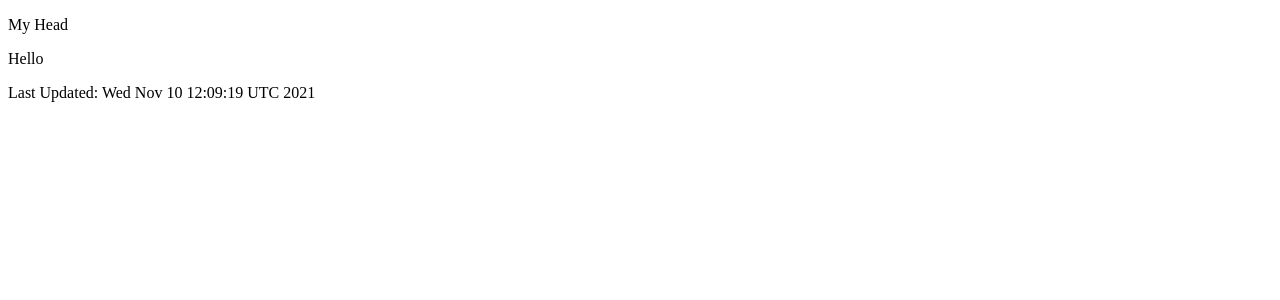
Repository: AshrafPatel/JavaEE
Page: http://localhost/JavaEEWeb/NewFile.jsp
An editor plug-in stored every save of this project. The page is shown before and after the next save, followed by the edit.
The browser window is 1280 px wide. The pictures show the whole page.
The page is served by Tomcat 9.

Above is the page before, as saved 2021-11-10 12:21:23.

### JavaEEWeb/src/main/webapp/NewFile.jsp
<%@ page language="java" contentType="text/html; charset=ISO-8859-1"
    pageEncoding="ISO-8859-1"%>
<!DOCTYPE html>
<html>
<head>
<meta charset="ISO-8859-1">
<title>Insert title here</title>
</head>
<body>
	<jsp:include page="my-header.jsp"/>
	Hello
	<jsp:include page="my-footer.jsp"/>
</body>
</html>

### JavaEEWeb/src/main/webapp/my-header.jsp
<p>My Head</p>

### JavaEEWeb/src/main/webapp/my-footer.jsp
<p align="centre">Last Updated: <%= new java.util.Date() %></p>

After the next save:
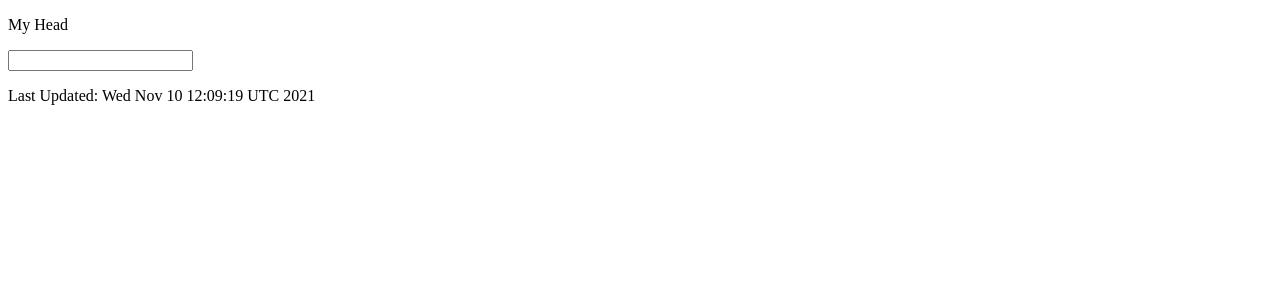
Saved 2 min 6 s later.
--- a/JavaEEWeb/src/main/webapp/NewFile.jsp
+++ b/JavaEEWeb/src/main/webapp/NewFile.jsp
@@ -8,7 +8,7 @@
 </head>
 <body>
 	<jsp:include page="my-header.jsp"/>
-	Hello
+	<input type="text" name="name"/>
 	<jsp:include page="my-footer.jsp"/>
 </body>
 </html>
